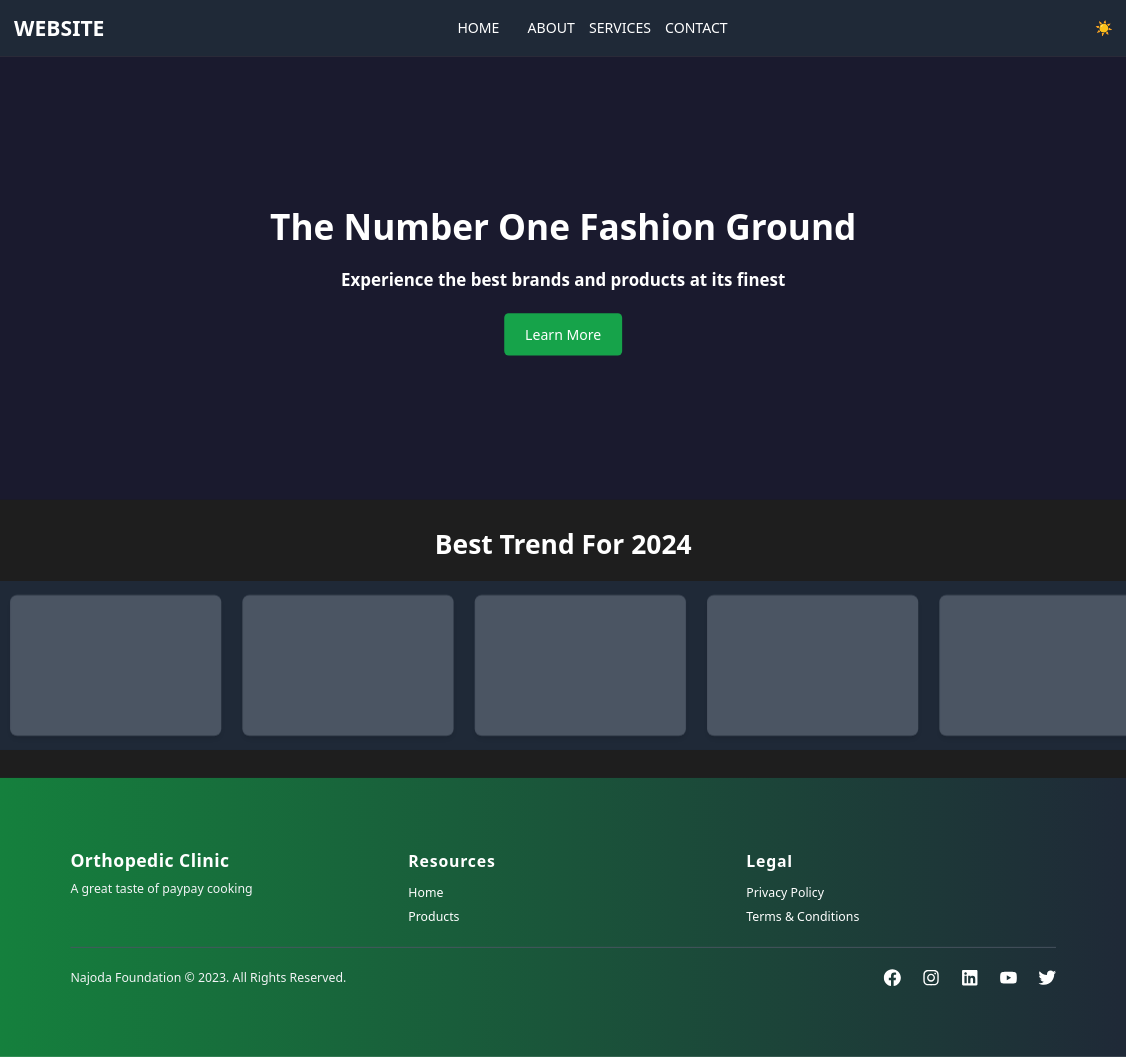
Repository: countaustin1990/file-C-Users-user-Documents-Final-20Cart
Page: /home (app in Documents/BXXXN/my-app/)
An editor plug-in stored every save of this project. The page is shown before and after the next save, followed by the edit.
The browser window is 1280 px wide. The pictures show the whole page, at 88% of full size.
The project was rebuilt for these pictures with package versions that can differ from the ones it lists, and the page was loaded fresh each time. Also part of the build but not shown: Documents/BXXXN/my-app/vite.config.js, Documents/BXXXN/my-app/src/components/horizontalscroll/style.css, Documents/BXXXN/my-app/src/pages/contact/Contact.jsx, Documents/BXXXN/my-app/src/pages/about/About.jsx, Documents/BXXXN/my-app/src/pages/services/Services.test.jsx.

Above is the page before, as saved 2024-11-01 02:18:06.

### Documents/BXXXN/my-app/src/App.jsx
import { BrowserRouter as Router, Routes, Route } from 'react-router-dom';
import Navbar from './components/navbar/Navbar';
import Home from './pages/home/Home.test';
import Footer from './components/footer/Footer.test';
import { useEffect, useState } from 'react';
import Contact from './pages/contact/Contact';
import About from './pages/about/About';
import Services from './pages/services/Services.test';

const App = () => {
  const [theme, setTheme] = useState('dark');

  // Toggle theme function
  const toggleTheme = () => {
    const newTheme = theme === 'light' ? 'dark' : 'light';
    setTheme(newTheme);
    localStorage.setItem('theme', newTheme);
  };

  useEffect(() => {
    const savedTheme = localStorage.getItem('theme');
    if (savedTheme) {
      setTheme(savedTheme);
    } else {
      setTheme('dark'); // Default to dark mode
    }
  }, []);

  return (
    <Router>
      <Navbar toggleTheme={toggleTheme} theme={theme} />
      <Routes>
        <Route path="/home" element={<Home theme={theme} />} /> {/* Pass theme prop to Home */}
        {/* Add more routes as needed */}
        <Route path="/about" element={<About theme={theme} />} />
        <Route path="/services" element={<Services theme={theme} />} />
        <Route path="/contact" element={<Contact theme={theme} />} />
      </Routes>
      <Footer />
    </Router>
  );
};

export default App;

### Documents/BXXXN/my-app/src/index.css
@tailwind base;
@tailwind components;
@tailwind utilities;

/* Global Styles */
.app {
  transition: background-color 0.3s ease-in-out;
}

/* Light and Dark Mode Styles */
.light-mode {
  background-color: #f0f0f0;
  color: #000;
}

.dark-mode {
  background-color: #1e1e1e;
  color: #fff;
}

/* Hero Section */
.hero {
  display: flex;
  justify-content: center;
  align-items: center;
  height: 70svh;
  text-align: center;
}

.hero-content h1 {
  font-size: 2.5rem;
  margin-bottom: 1rem;
}

.hero-content p {
  font-size: 1.2rem;
  margin-bottom: 1.5rem;
}

.cta-button {
  padding: 0.75rem 1.5rem;
  font-size: 1rem;
  background-color: rgb(22 163 74);

  color: white;
  border: none;
  cursor: pointer;
  border-radius: 5px;
}

.cta-button:hover {
  background-color: #22923c;
}

/* Toggle Switch Styles */
.switch {
  position: relative;
  display: inline-block;
  width: 60px;
  height: 34px;
  margin-top: 20px;
}

.switch input {
  opacity: 0;
  width: 0;
  height: 0;
}

.slider {
  position: absolute;
  cursor: pointer;
  top: 0;
  left: 0;
  right: 0;
  bottom: 0;
  background-color: #ccc;
  transition: 0.4s;
  border-radius: 34px;
}

.slider:before {
  position: absolute;
  content: "";
  height: 26px;
  width: 26px;
  border-radius: 50%;
  left: 4px;
  bottom: 4px;
  background-color: white;
  transition: 0.4s;
}

input:checked + .slider {
  background-color: #5494de;
}

input:checked + .slider:before {
  transform: translateX(26px);
}

/* Decoration (Additional Styling) */
.decoration {
  position: absolute;
  right: 10px;
  top: 5px;
  width: 8px;
  height: 8px;
  background-color: yellow;
  border-radius: 50%;
  box-shadow: 0 0 5px 2px yellow;
}

### Documents/BXXXN/my-app/src/components/navbar/Navbar.jsx
import PropTypes from 'prop-types';
import { useState } from 'react';
import { Link } from 'react-router-dom';

const Navbar = ({ theme, toggleTheme }) => {
  const [isMenuOpen, setIsMenuOpen] = useState(false);

  const handleMenuToggle = () => {
    setIsMenuOpen(!isMenuOpen);
  };

  // Function to handle link clicks
  const handleLinkClick = () => {
    setIsMenuOpen(false);
  };

  return (
    <nav className={`navbar ${theme === 'light' ? 'bg-white text-black' : 'bg-gray-800 text-white'} transition-colors duration-300`}>
      <div className="container mx-auto flex justify-between items-center p-4">
        {/* Website Name */}
        <h1 className="text-2xl font-bold uppercase">Website</h1>

        {/* Links for Desktop */}
        <ul className="hidden md:flex space-x-4 uppercase">
          <li><Link to="home" className="hover:underline">Home</Link></li>
          <li><Link to="about" className="hover:underline">About</Link></li>
          <li><Link to="services" className="hover:underline">Services</Link></li>
          <li><Link to="contact" className="hover:underline">Contact</Link></li>
        </ul>

        {/* Theme Toggle Button */}
        <button onClick={toggleTheme} className="ml-4 toggle-theme" aria-label={`Switch to ${theme === 'light' ? 'dark' : 'light'} mode`}>
          {theme === 'light' ? '🌙' : '☀️'}
        </button>

        {/* Mobile Menu Button */}
        <button
          onClick={handleMenuToggle}
          className="block md:hidden focus:outline-none ml-4"
          aria-label="Toggle menu"
        >
          {isMenuOpen ? '✖' : '☰'} {/* Menu icon changes when clicked */}
        </button>
      </div>

      {/* Links for Mobile */}
      {isMenuOpen && (
        <ul className={`md:hidden p-4 space-y-2 ${theme === 'light' ? 'bg-white text-black' : 'bg-gray-800 text-white'}`}>
          <li><Link to="home" className="block" onClick={handleLinkClick}>Home</Link></li>
          <li><Link to="about" className="block" onClick={handleLinkClick}>About</Link></li>
          <li><Link to="services" className="block" onClick={handleLinkClick}>Services</Link></li>
          <li><Link to="contact" className="block" onClick={handleLinkClick}>Contact</Link></li>
        </ul>
      )}
    </nav>
  );
};

Navbar.propTypes = {
  theme: PropTypes.string.isRequired,
  toggleTheme: PropTypes.func.isRequired,
};

export default Navbar;

### Documents/BXXXN/my-app/src/pages/home/Home.test.jsx
import HeroSection from '../../components/folder/HeroSection.test';
import HorizontalScroll from '../../components/horizontalscroll/HorizontalScroll.test'; // Corrected import
import PropTypes from 'prop-types';

const Home = ({ theme }) => {
  return (
    <div className={`home ${theme}-mode`}>
      <HeroSection theme={theme} /> {/* Pass the theme to HeroSection */}
      <HorizontalScroll theme={theme} /> {/* Added HorizontalScroll component */}
    </div>
  );
};

// PropTypes validation for the `theme` prop
Home.propTypes = {
  theme: PropTypes.string.isRequired, // theme is required and should be a string
};

export default Home;

### Documents/BXXXN/my-app/src/components/footer/Footer.test.jsx
import PropTypes from 'prop-types';
import { Link } from "react-router-dom";
import { FaYoutube, FaTwitter, FaInstagram, FaFacebook, FaLinkedin } from "react-icons/fa";

const Footer = ({ theme }) => {
  const scrollToTop = () => {
    window.scrollTo({
      top: 0,
      behavior: 'smooth',
    });
  };

  return (
    <footer className={`p-16 ${theme === 'light' ? 'bg-gray-100 text-gray-800' : 'bg-gradient-to-r from-green-700 to-gray-800 text-white'}`}>
      <div className="w-full max-w-full p-4">
        <div className="grid grid-cols-1 md:grid-cols-3 gap-8">
          <div>
            <Link to="/" className="flex items-center space-x-5" onClick={scrollToTop}>
              <span className="text-xl font-bold capitalize tracking-wide">
                Orthopedic Clinic
              </span>
            </Link>
            <p className={`mt-2 text-sm ${theme === 'light' ? 'text-gray-700' : 'text-gray-100'}`}>
              A great taste of paypay cooking
            </p>
          </div>

          <div>
            <h2 className="mb-3 text-lg font-semibold tracking-wider">
              Resources
            </h2>
            <ul className="space-y-2 text-sm">
              <li>
                <Link to="/" className="hover:text-gray-600 transition duration-300" onClick={scrollToTop}>Home</Link>
              </li>
              <li>
                <Link to="/products" className="hover:text-gray-600 transition duration-300" onClick={scrollToTop}>Products</Link>
              </li>
            </ul>
          </div>

          <div>
            <h2 className="mb-3 text-lg font-semibold tracking-wider">
              Legal
            </h2>
            <ul className="space-y-2 text-sm">
              <li>
                <Link to="/privacy-policy" className="hover:text-gray-600 transition duration-300">Privacy Policy</Link>
              </li>
              <li>
                <Link to="/terms-conditions" className="hover:text-gray-600 transition duration-300">Terms & Conditions</Link>
              </li>
            </ul>
          </div>
        </div>

        <hr className={`my-6 ${theme === 'light' ? 'border-gray-400' : 'border-gray-600'}`} />

        <div className="flex justify-between items-center">
          <span className={`text-sm ${theme === 'light' ? 'text-gray-600' : 'text-gray-100'}`}>
            Najoda Foundation © 2023. All Rights Reserved.
          </span>
          <div className="flex space-x-6">
            <a href="https://facebook.com" target="_blank" rel="noopener noreferrer" aria-label="Facebook" className={`text-xl ${theme === 'light' ? 'hover:text-blue-700' : 'hover:text-blue-600'}`}>
              <FaFacebook />
            </a>
            <a href="https://instagram.com" target="_blank" rel="noopener noreferrer" aria-label="Instagram" className={`text-xl ${theme === 'light' ? 'hover:text-pink-600' : 'hover:text-white'}`}>
              <FaInstagram />
            </a>
            <a href="https://linkedin.com" target="_blank" rel="noopener noreferrer" aria-label="LinkedIn" className={`text-xl ${theme === 'light' ? 'hover:text-blue-800' : 'hover:text-blue-700'}`}>
              <FaLinkedin />
            </a>
            <a href="https://youtube.com" target="_blank" rel="noopener noreferrer" aria-label="YouTube" className={`text-xl ${theme === 'light' ? 'hover:text-red-600' : 'hover:text-white'}`}>
              <FaYoutube />
            </a>
            <a href="https://twitter.com" target="_blank" rel="noopener noreferrer" aria-label="Twitter" className={`text-xl ${theme === 'light' ? 'hover:text-blue-500' : 'hover:text-white'}`}>
              <FaTwitter />
            </a>
          </div>
        </div>
      </div>
    </footer>
  );
};

Footer.propTypes = {
  theme: PropTypes.string.isRequired,
};

export default Footer;

### Documents/BXXXN/my-app/src/components/folder/HeroSection.test.jsx
//import { FaFacebookF, FaTwitter, FaInstagram, FaLinkedinIn } from 'react-icons/fa'; // Import social icons
import PropTypes from 'prop-types'; // Import PropTypes for prop validation
import './style.css';  // Make sure to link to your CSS file or Tailwind

const HeroSection = ({ theme }) => { // Accept theme as a prop
  return (
    <div className={`app ${theme}-mode`}>
      {/* Hero Section */}
      <section className="hero">
        <div className="hero-content">
          <h1 className="font-extrabold">The Number One Fashion Ground</h1>
          <p className="lead font-semibold">Experience the best brands and products at its finest</p>
          <button className="cta-button">Learn More</button>

          {/* Social Media Icons
          <div className="flex justify-center mt-6 space-x-4">
            <a href="https://facebook.com" target="_blank" rel="noopener noreferrer" className="text-xl text-blue-600 hover:text-blue-500">
              <FaFacebookF />
            </a>
            <a href="https://twitter.com" target="_blank" rel="noopener noreferrer" className="text-xl text-blue-400 hover:text-blue-300">
              <FaTwitter />
            </a>
            <a href="https://instagram.com" target="_blank" rel="noopener noreferrer" className="text-xl text-pink-600 hover:text-pink-500">
              <FaInstagram />
            </a>
            <a href="https://linkedin.com" target="_blank" rel="noopener noreferrer" className="text-xl text-blue-700 hover:text-blue-600">
              <FaLinkedinIn />
            </a>
          </div>*/}
        </div>
      </section>
    </div>
  );
};

// PropTypes validation for the `theme` prop
HeroSection.propTypes = {
  theme: PropTypes.string.isRequired, // theme is required and should be a string
};

export default HeroSection;

### Documents/BXXXN/my-app/src/components/horizontalscroll/HorizontalScroll.test.jsx
import { useEffect, useRef } from 'react';
import PropTypes from 'prop-types';
import './style.css'; // Add any specific styling here

const HorizontalScroll = ({ theme }) => {
  const scrollContainerRef = useRef(null);
  const scrollSpeed = 1; // Adjust speed if necessary

  useEffect(() => {
    const smoothScroll = () => {
      if (scrollContainerRef.current) {
        scrollContainerRef.current.scrollLeft += scrollSpeed;
        // Reset scroll when it reaches the end
        if (
          scrollContainerRef.current.scrollLeft +
          scrollContainerRef.current.offsetWidth >=
          scrollContainerRef.current.scrollWidth
        ) {
          scrollContainerRef.current.scrollLeft = 0;
        }
      }
      requestAnimationFrame(smoothScroll);
    };

    const scrollInterval = requestAnimationFrame(smoothScroll);
    return () => cancelAnimationFrame(scrollInterval);
  }, [scrollSpeed]); // Include scrollSpeed as a dependency if needed

  return (
    <div className={`horizontal-scroll ${theme}-mode`}>
      <div className="container mx-auto py-8">
        <h1 className={`text-3xl font-bold mb-6 text-center ${theme === 'light' ? 'text-gray-900' : 'text-white'}`}>
          Best Trend For 2024
        </h1>

        <div
          className={`overflow-x-auto flex gap-6 items-center scroll-smooth p-4 ${
            theme === 'light' ? 'bg-gray-100' : 'bg-gray-800'
          }`}
          ref={scrollContainerRef}
          style={{ whiteSpace: 'nowrap', scrollBehavior: 'smooth' }}
        >
          {/* Placeholder elements */}
          {[...Array(5)].map((_, index) => (
            <div
              key={index}
              className={`flex-none w-60 h-40 ${theme === 'light' ? 'bg-gray-300' : 'bg-gray-600'} rounded-lg shadow-md`}
            />
          ))}
        </div>
      </div>
    </div>
  );
};

// PropTypes validation for the `theme` prop
HorizontalScroll.propTypes = {
  theme: PropTypes.string.isRequired,
};

export default HorizontalScroll;

### Documents/BXXXN/my-app/src/components/folder/style.css
/* style.css */
.app.dark-mode {
  background-color: #1a1a2e;
  color: #fff;
}

.app.light-mode {
  background-color: #f4f4f9;
  color: #333;
}

.hero-content h1 {
  font-size: 3rem;
}

.cta-button {
  padding: 0.5rem 2rem;
  background-color: #15983e;
  color: white;
  border: none;
  border-radius: 0.25rem;
  cursor: pointer;
}

.cta-button:hover {
  background-color: #157b3c;
}

/* Dark/Light Mode Toggle Styles */
.switch {
  position: relative;
  display: inline-block;
  width: 60px;
  height: 34px;
}

.switch input {
  opacity: 0;
  width: 0;
  height: 0;
}

.slider {
  position: absolute;
  top: 0;
  left: 0;
  right: 0;
  bottom: 0;
  background-color: #ccc;
  border-radius: 34px;
}

.slider:before {
  position: absolute;
  content: "";
  height: 26px;
  width: 26px;
  left: 4px;
  bottom: 4px;
  background-color: white;
  border-radius: 50%;
  transition: 0.4s;
}

input:checked + .slider {
  background-color: #2196F3;
}

input:checked + .slider:before {
  transform: translateX(26px);
}

/* Additional Styles */
.flex {
  display: flex;
}

.space-x-4 > *:not(:last-child) {
  margin-right: 1rem;
}

Loaded but not shown: Documents/BXXXN/my-app/index.html (common file); Documents/BXXXN/my-app/src/main.jsx (common file); Documents/BXXXN/my-app/tailwind.config.js (common file)

After the next save:
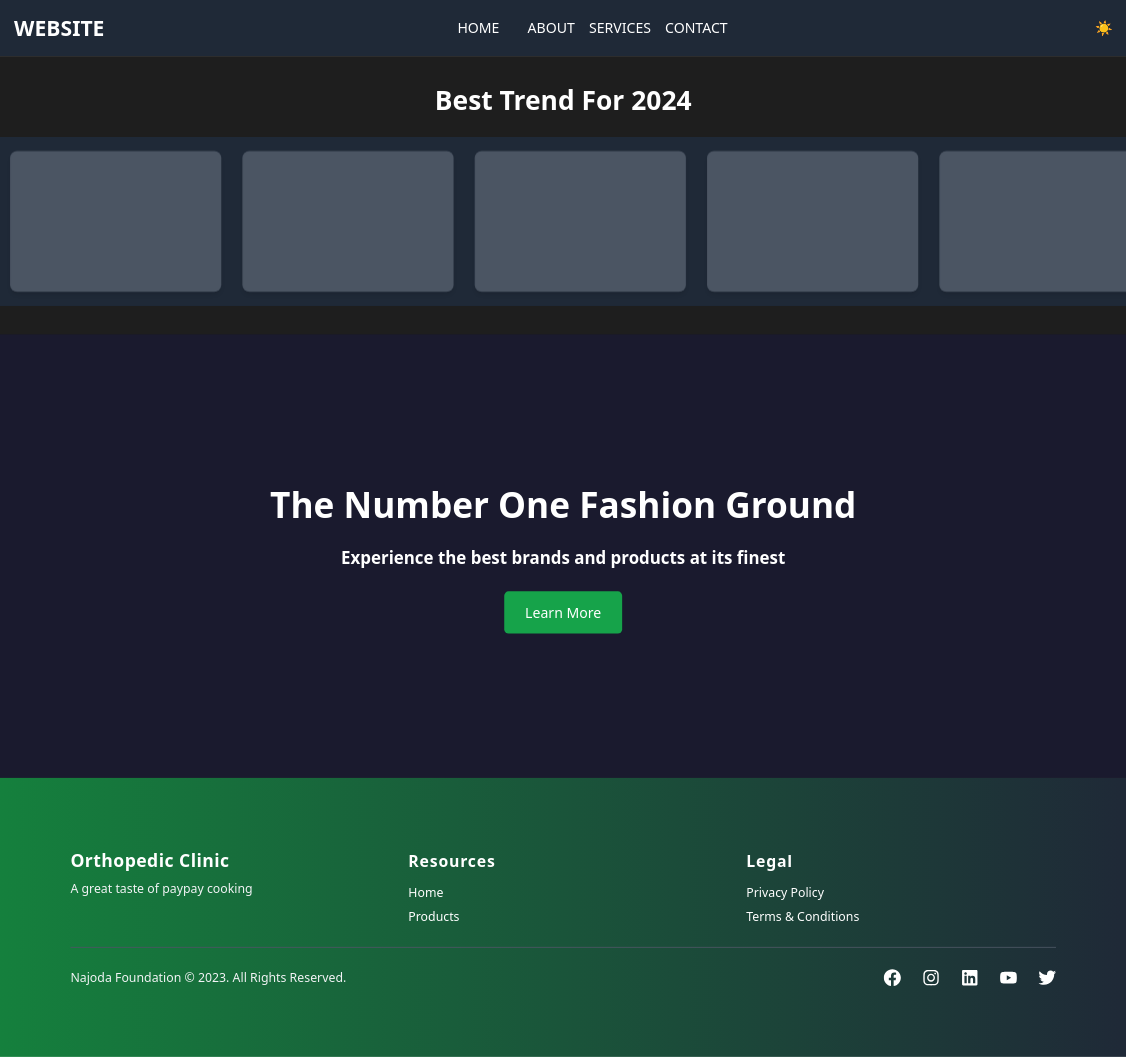
Saved 43 s later.
--- a/Documents/BXXXN/my-app/src/pages/home/Home.test.jsx
+++ b/Documents/BXXXN/my-app/src/pages/home/Home.test.jsx
@@ -5,8 +5,8 @@ import PropTypes from 'prop-types';
 const Home = ({ theme }) => {
   return (
     <div className={`home ${theme}-mode`}>
+      <HorizontalScroll theme={theme} /> {/* Added HorizontalScroll component */}
       <HeroSection theme={theme} /> {/* Pass the theme to HeroSection */}
-      <HorizontalScroll theme={theme} /> {/* Added HorizontalScroll component */}
     </div>
   );
 };
